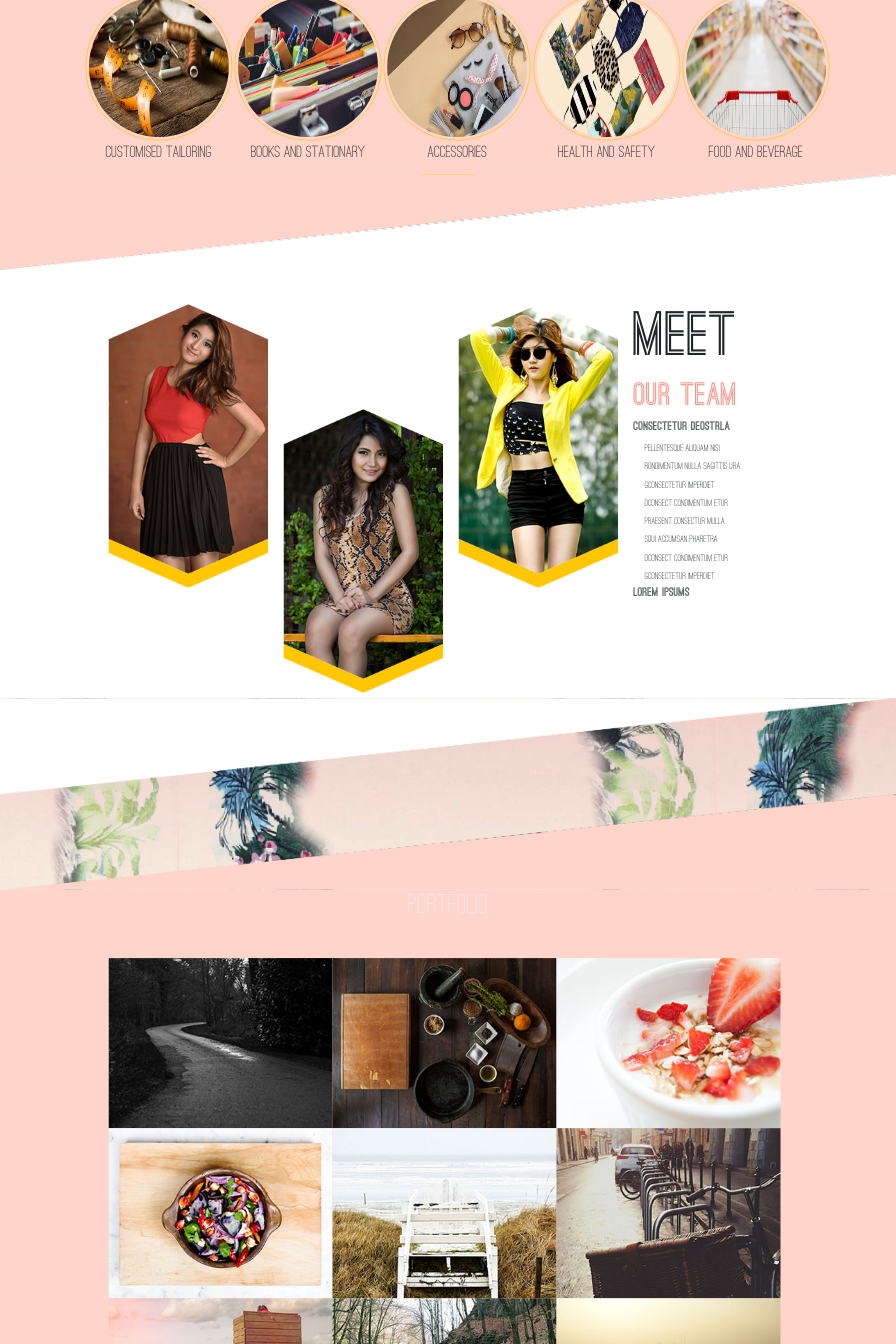
Repository: Demonster1999/newshoperrepo
Page: index.html
These files come from the project's save history. The page is drawn as it stood at one moment and after the next save; the edit follows.
The browser window is 1280 px wide. The pictures show the part of the page from y = 2384 to 4304 px (the page is 5720 px tall before and 5583 px after), at 70% of full size.
Some web libraries are served in a nearby version.

Above is the page before, as saved 2020-07-21 15:01:28.
Console error: TypeError: Cannot read properties of null (reading 'getContext')

After the next save:
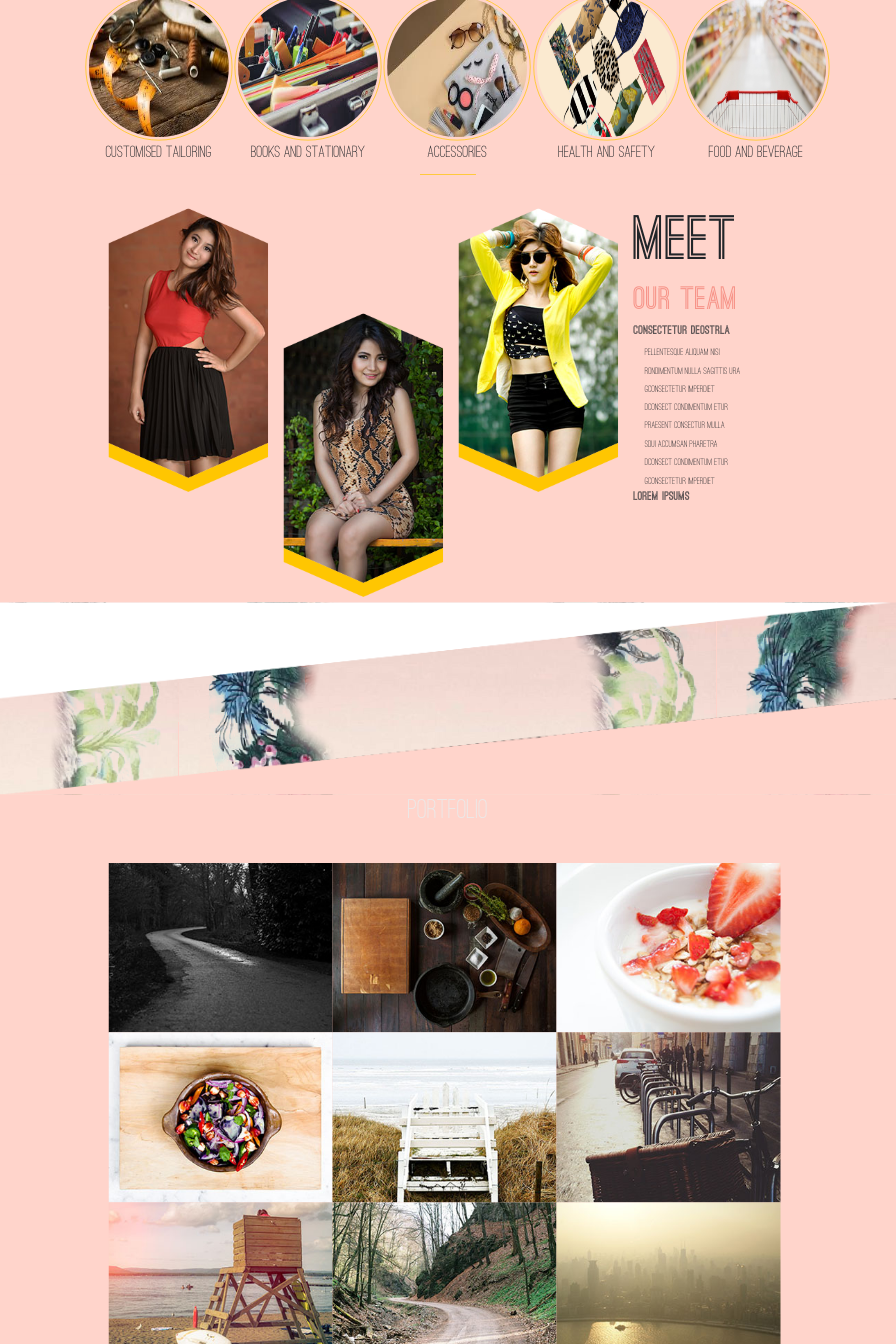
Saved 3 min 51 s later.
--- a/index.html
+++ b/index.html
@@ -281,8 +281,6 @@
 
 					</div>
 		</section> <!-- portfolio -->
-		<section class="tm-section bg-white" id="testimonials" >
-			<img src="images/tm-border-black-top.png" alt="Border" class="tm-border">
 
 		<section class="london-market-about tm-section mt-5" id="about"  >
 			<!-- <img src="images/tm-border-black-top.png" alt="Border" class="tm-border">	 -->
